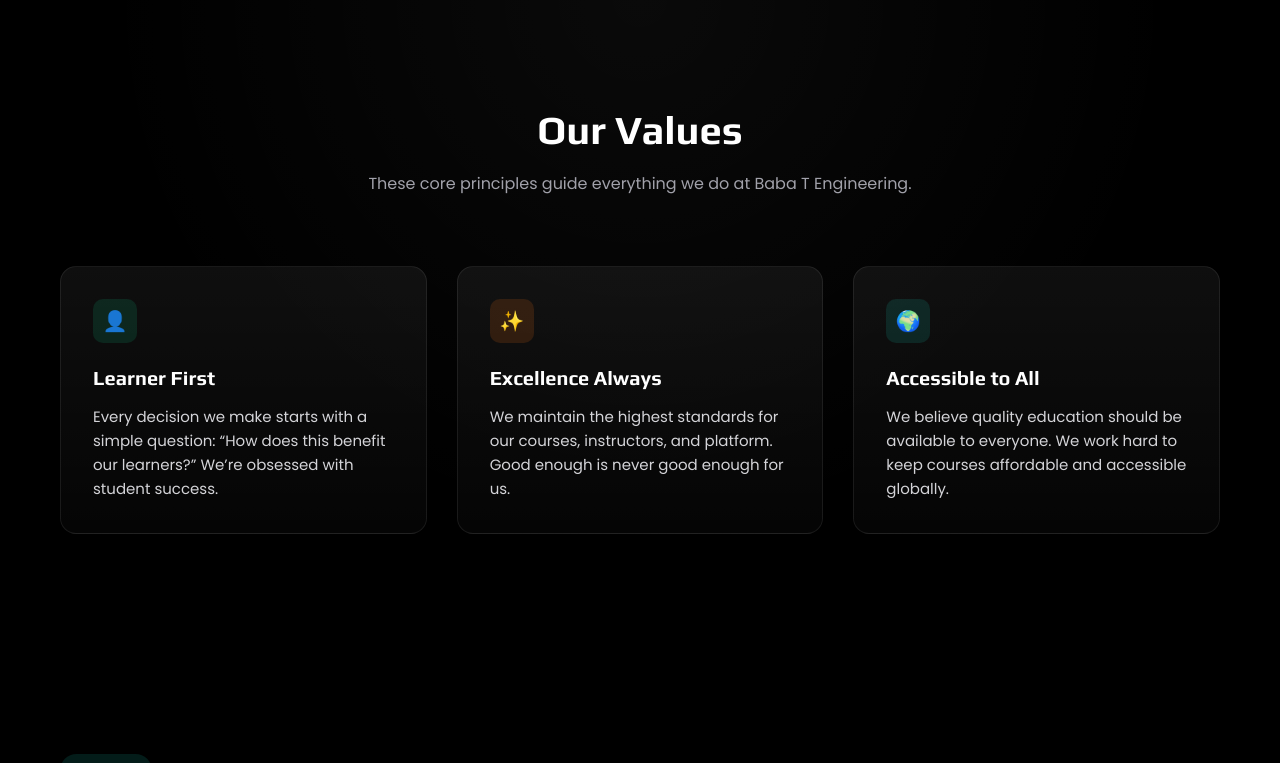
Repository: KC-Minchakpu/babatunde
Page: /
These files come from the project's save history. The page is drawn as it stood at one moment and after the next save; the edit follows.
The browser window is 1280 px wide. The pictures show the part of the page from y = 934 to 1697 px (the page is 2346 px tall).
Pictures or frames that could not be fetched are drawn as grey boxes. The project was rebuilt for these pictures with package versions that can differ from the ones it lists, and the page was loaded fresh each time. The framework's server and built-in components were replaced by stand-ins that run in the browser. Also part of the build but not shown: next.config.ts.

Above is the page before, as saved 2026-02-14 22:23:27.

After the next save:
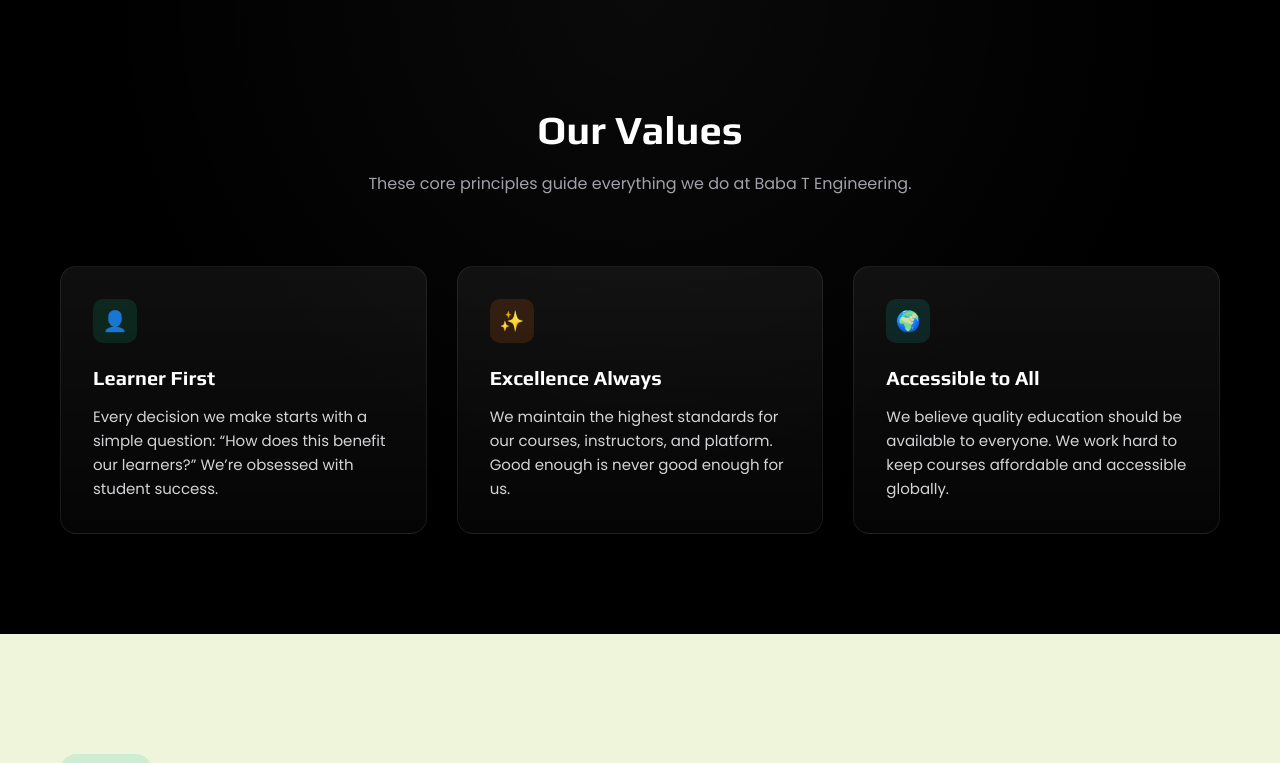
Saved 79 s later.
--- a/src/components/Story/Story.module.css
+++ b/src/components/Story/Story.module.css
@@ -1,7 +1,7 @@
 .story {
-  background: #000;
+  background: #EEF5DB;
   padding: 120px 0;
-  color: white;
+  color: #023436;
 }
 
 .container {
